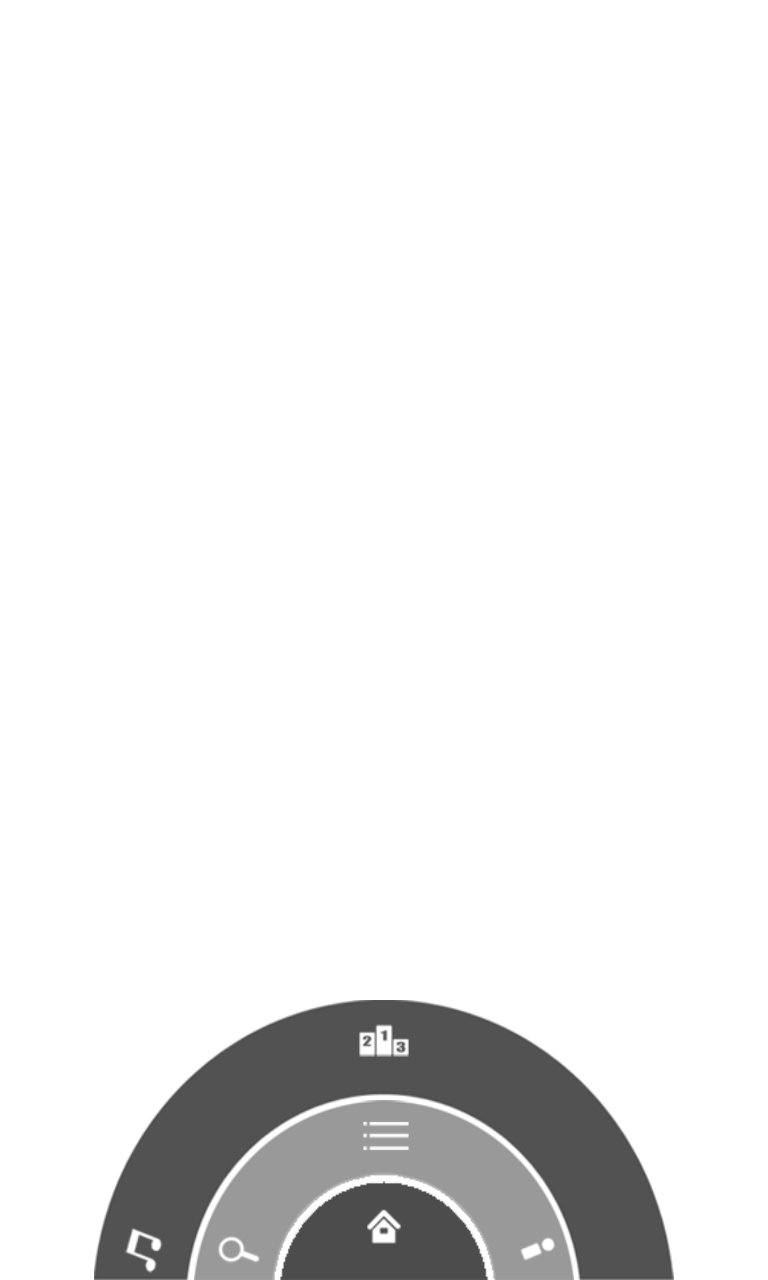
Repository: ASmouse/View
Layout: 02_UkuDemo14/res/layout/activity_main.xml
An editor plug-in stored every save of this project. The layout is shown before and after the next save, followed by the edit.
It is drawn on a 768 x 1280 px phone screen (xhdpi) without system bars, with theme AppTheme; the app's code is not run.

Above is the layout before, as saved 2015-10-24 03:04:42.

### 02_UkuDemo14/res/layout/activity_main.xml
<RelativeLayout xmlns:android="http://schemas.android.com/apk/res/android"
    xmlns:tools="http://schemas.android.com/tools"
    android:layout_width="match_parent"
    android:layout_height="match_parent"
    tools:context=".MainActivity" >

    <!-- uku菜单的第一层 -->

    <RelativeLayout
        android:layout_width="105dip"
        android:layout_height="50dip"
        android:layout_alignParentBottom="true"
        android:layout_centerHorizontal="true"
        android:background="@drawable/level1" >

        <!-- home键 -->

        <ImageView
            android:layout_width="wrap_content"
            android:layout_height="wrap_content"
            android:layout_centerHorizontal="true"
            android:layout_marginTop="3dip"
            android:src="@drawable/icon_home" />
    </RelativeLayout>

    <!-- uku菜单第二层 -->

    <RelativeLayout
        android:layout_width="190dip"
        android:layout_height="90dip"
        android:layout_alignParentBottom="true"
        android:layout_centerHorizontal="true"
        android:background="@drawable/level2" >

        <!-- 搜索 -->

        <ImageView
            android:layout_width="wrap_content"
            android:layout_height="wrap_content"
            android:layout_alignParentBottom="true"
            android:layout_marginLeft="8dip"
            android:src="@drawable/icon_search" />

        <!-- 菜单 -->

        <ImageView
            android:layout_width="wrap_content"
            android:layout_height="wrap_content"
            android:layout_centerHorizontal="true"
            android:layout_marginTop="3dip"
            android:src="@drawable/icon_menu" />

        <!-- 优酷菜单 -->

        <ImageView
            android:layout_width="wrap_content"
            android:layout_height="wrap_content"
            android:layout_alignParentBottom="true"
            android:layout_alignParentRight="true"
            android:layout_marginRight="3dip"
            android:layout_marginTop="3dip"
            android:src="@drawable/icon_myyouku" />
    </RelativeLayout>

    <!-- uku菜单第三层 -->

    <RelativeLayout
        android:layout_width="290dip"
        android:layout_height="140dip"
        android:layout_alignParentBottom="true"
        android:layout_centerHorizontal="true"
        android:background="@drawable/level3" >

        <!-- 第一个按钮 -->

        <ImageView
            android:layout_marginLeft="10dip"
            android:layout_alignParentBottom="true"
            android:layout_width="wrap_content"
            android:layout_height="wrap_content"
            android:src="@drawable/channel1" />

         <!-- 第四个按钮 -->

        <ImageView
            android:layout_marginTop="5dip"
            android:layout_marginLeft="10dip"
           android:layout_centerHorizontal="true"
            android:layout_width="wrap_content"
            android:layout_height="wrap_content"
            android:src="@drawable/channel4" />
    </RelativeLayout>

</RelativeLayout>

Loaded but not shown: 02_UkuDemo14/res/values/styles.xml (common file); 02_UkuDemo14/res/values-v11/styles.xml (common file); 02_UkuDemo14/res/values-v14/styles.xml (common file)

After the next save:
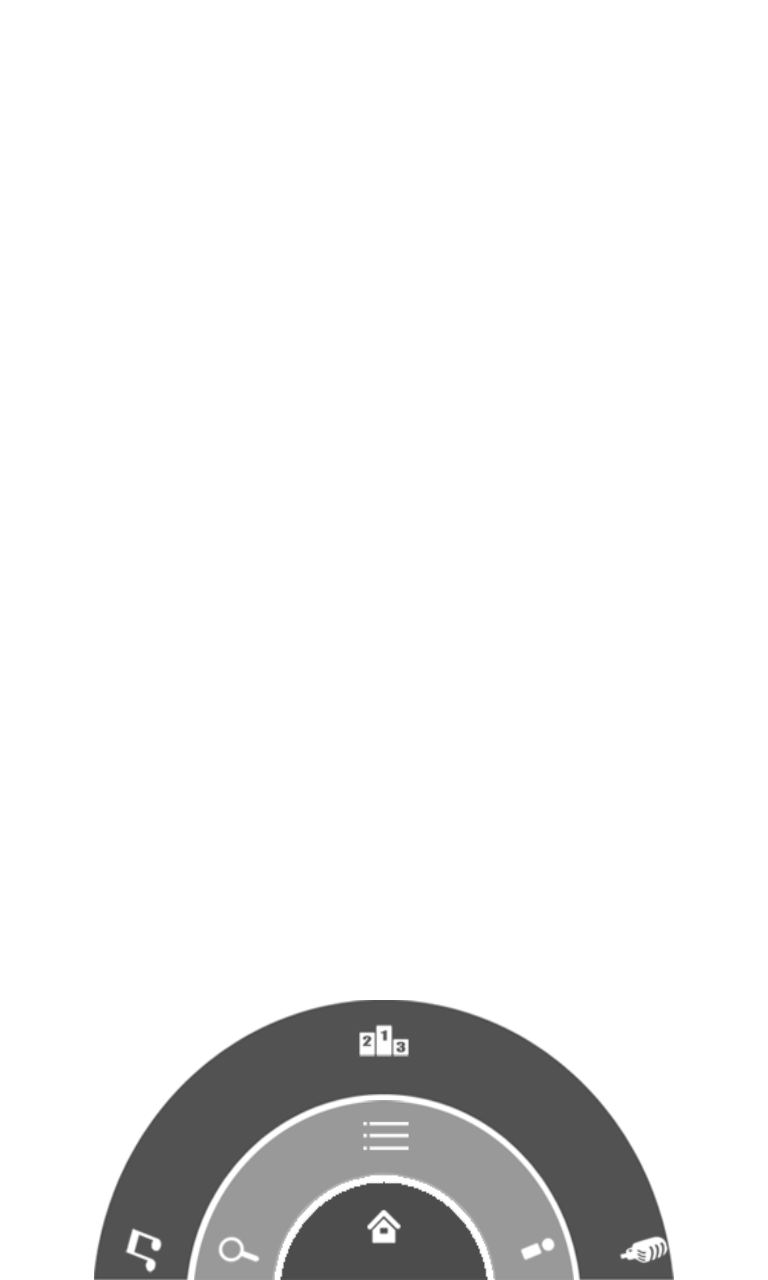
Saved 32 s later.
--- a/02_UkuDemo14/res/layout/activity_main.xml
+++ b/02_UkuDemo14/res/layout/activity_main.xml
@@ -74,21 +74,32 @@
         <!-- 第一个按钮 -->
 
         <ImageView
-            android:layout_marginLeft="10dip"
-            android:layout_alignParentBottom="true"
             android:layout_width="wrap_content"
             android:layout_height="wrap_content"
+            android:layout_alignParentBottom="true"
+            android:layout_marginLeft="10dip"
             android:src="@drawable/channel1" />
 
-         <!-- 第四个按钮 -->
+        <!-- 第四个按钮 -->
 
         <ImageView
-            android:layout_marginTop="5dip"
-            android:layout_marginLeft="10dip"
-           android:layout_centerHorizontal="true"
             android:layout_width="wrap_content"
             android:layout_height="wrap_content"
+            android:layout_centerHorizontal="true"
+            android:layout_marginLeft="10dip"
+            android:layout_marginTop="5dip"
             android:src="@drawable/channel4" />
+
+        <!-- 第七个按钮 -->
+
+        <ImageView
+            android:layout_width="wrap_content"
+            android:layout_height="wrap_content"
+           android:layout_alignParentBottom="true"
+           android:layout_alignParentRight="true"
+            android:layout_marginLeft="10dip"
+            android:layout_marginTop="5dip"
+            android:src="@drawable/channel7" />
     </RelativeLayout>
 
 </RelativeLayout>
